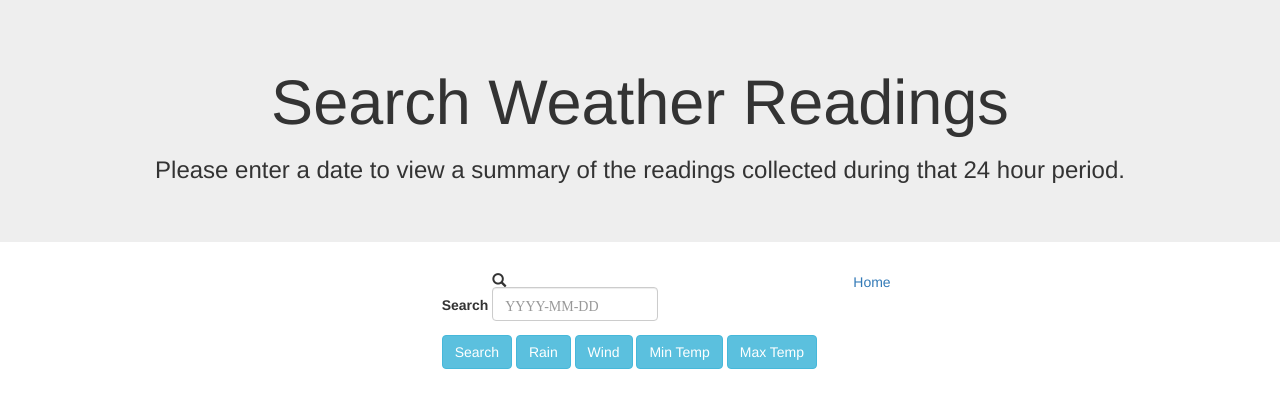
Repository: kralin27/ILC
Page: http://localhost/TESCWeather/WEB-INF/jsp/Search.jsp
An editor plug-in stored every save of this project. The page is shown before and after the next save, followed by the edit.
The browser window is 1280 px wide. The pictures show the whole page.
The page is served by Tomcat 9. Nobody is signed in. The template is opened directly, without the code that normally fills it, so the values that code supplies are empty.

Above is the page before, as saved 2016-12-13 00:16:25.

After the next save:
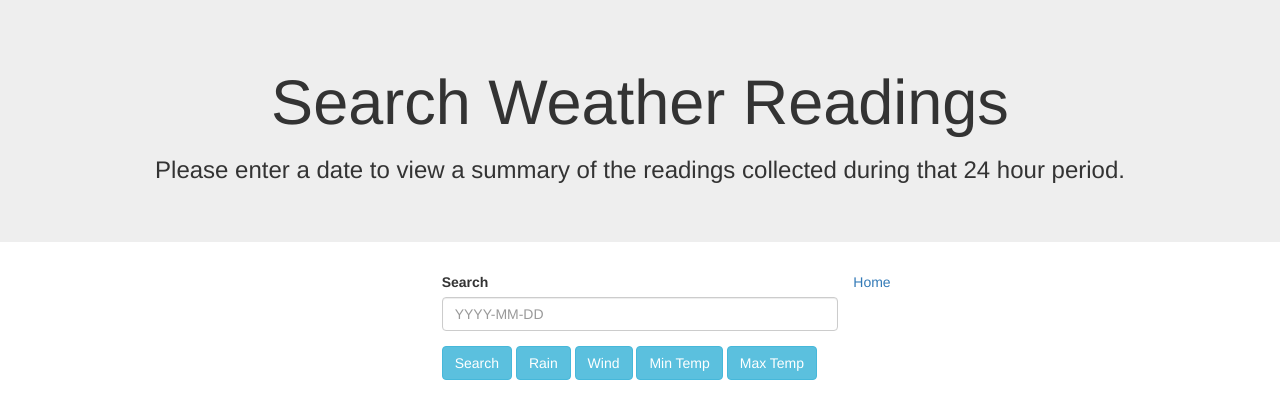
Saved 14 s later.
--- a/TESCWeather/src/main/webapp/WEB-INF/jsp/Search.jsp
+++ b/TESCWeather/src/main/webapp/WEB-INF/jsp/Search.jsp
@@ -46,7 +46,7 @@
           <form>
           	<div class="form-group">
           		<label for="inputSearch">Search</label>
-          		 <span class="glyphicon glyphicon-search">
+
           		<input type="search" class="form-control" id=search" placeholder="YYYY-MM-DD">
 
           	</div>
